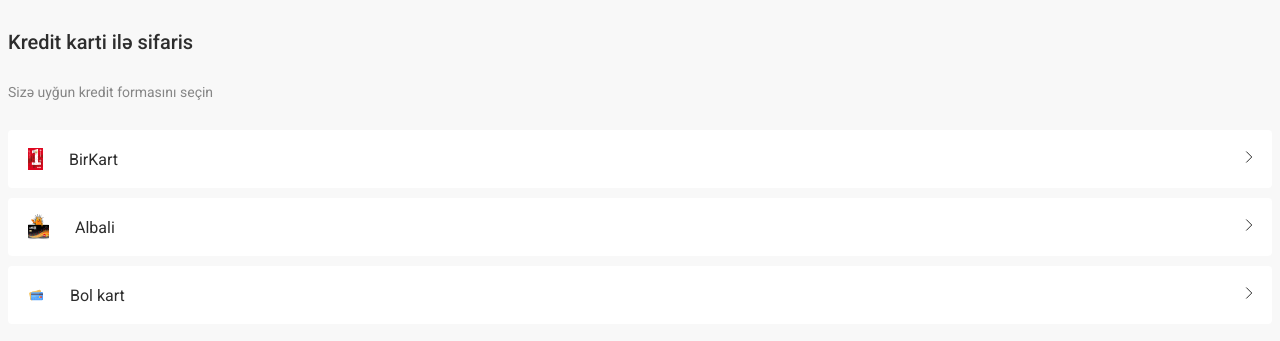
Repository: lmira7777/Carts
Page: Caravan/index.html
These files come from the project's save history. The page is drawn as it stood at one moment and after a run of saves; the edit follows.
The browser window is 1280 px wide. The pictures show the whole page.
After loading, the first visible `div.cart-item` was clicked once.

Above is the page before, as saved 2024-04-25 22:07:28.

### Caravan/index.html
<!DOCTYPE html>
<html lang="en">
  <head>
    <meta charset="UTF-8" />
    <meta name="viewport" content="width=device-width, initial-scale=1.0" />
    <title>Document</title>
    <link rel="stylesheet" href="./style.css" />
  </head>
  <body>
    <div class="carts-body">
      <div class="title">Kredit karti ilə sifaris</div>
      <div class="description">Sizə uyğun kredit formasını seçin</div>
      <div class="carts"></div>
    </div>

    <div class="cart-detail">
      <div class="header">
        <span>Kredit karti ilə sifaris</span>
        <img src="./img/close.svg" />
      </div>

      <div class="cart-info">
        <img src="./img/back.svg" />
        <img src="./img/birkart.png" />
        <span>Birkart</span>
      </div>

      <div class="description">Sizə uyğun kredit şərtini seçin</div>

      <div class="month-list">
        <div class="month-list-item">
          <input type="radio" id="3month"  name="month"/>
          <label for="3month">

            <div class="circle">
                <div class="dot"></div>
            </div>

            <strong>3 ay</strong> / ayda 300 azn</label>
        </div>

        <div class="month-list-item">
          <input type="radio" id="6month"  name="month"/>
          <label for="6month">
            <div class="circle">
                <div class="dot"></div>


            </div>

            <strong>6 ay </strong>/ ayda 200 azn</label>
        </div>
      </div>
    </div>

    <script src="./app.js"></script>
  </body>
</html>

### Caravan/style.css
@import url("https://fonts.googleapis.com/css2?family=Roboto:ital,wght@0,100;0,300;0,400;0,500;0,700;0,900;1,100;1,300;1,400;1,500;1,700;1,900&display=swap");
* {
  margin: 0;
  padding: 0;
  box-sizing: border-box;
  font-family: "Roboto", sans-serif;
}

body {
  background: #f8f8f8;
}
.carts-body {
  width: 100%;
  height: 100vh;
  display: flex;
  flex-direction: column;
  gap: 30px;
  padding: 30px 8px;
}
.title {
  color: #2d2d2d;
  font-size: 20px;
  font-weight: 500;
}
.description {
  color: #868686;
  font-size: 14px;
}
.carts {
  width: 100%;
  display: flex;
  flex-direction: column;
  gap: 10px;
  height: 600px;
  overflow-y: scroll;
}
.cart-item {
  width: 100%;

  flex-shrink: 0;

  height: 58px !important;
  display: flex;
  align-items: center;
  justify-content: space-between;
  background-color: #fff;
  border-radius: 4px;
  padding: 0 12px 0 20px;
}

.cart-item-left {
  display: flex;
  align-items: center;
  gap: 26px;
}

.cart-item-left > span {
  color: #2d2d2d;
  font-size: 16px;
}
.cart-detail {
  padding: 30px 8px;
  width: 100%;
  display: none;
  flex-direction: column;
  gap: 20px;
  position: absolute;
  top: 0;
  left: 0;
  height: 100vh;
  background: #f8f8f8;
  /* display: none; */
  animation: slideIn 0.5s forwards;
}
.header {
  width: 100%;
  display: flex;
  align-items: center;
  justify-content: space-between;
}

.cart-info {
  width: 100%;
  height: 51px;
  border-radius: 4px;
  background: #fff;
  padding: 0 15px;
  display: flex;
  align-items: center;
  gap: 10px;
}
.cart-info > img:first-of-type {
  margin-right: 10px;
}

.cart-info > span {
  color: #2d2d2d;
  font-size: 16px;
}

.cart-detail > .description {
  margin-top: 10px;
}

.month-list{
    width: 100%;
    display: flex;
    flex-direction: column;
    gap: 10px;
}
.month-list label{
    width: 100%;
    height: 51px;
    border-radius: 4px;
    background: #FFF;
    display: flex;
    align-items: center;
    padding: 0 15px;
    gap: 18px;


}
.month-list-item{
    width: 100%;
    height: 51px;
    position: relative;

}

.month-list-item input{
    display: none;



}

.dot{
    width: 14px;
    height: 14px;
    border-radius: 50%;
    background: #6DC360;
    display: none;



}
.month-list-item input:checked + label{
    background: #6DC360;
    color: #FFF;

}
.month-list-item input:checked + label >.circle{
    border: 1px solid transparent;
    background: #fff;
}
.month-list-item input:checked + label >.circle >.dot{
    display: flex;
}




.circle{
    width: 24px;
    height: 24px;
    border: 1px solid  #A4A4A4;
    border-radius: 50%;
    display: flex;
    justify-content: center;
    align-items: center;

}



@keyframes slideIn {
  0% {
    transform: translateX(-100%);
  }
  100% {
    transform: translateX(0);
  }
}

### Caravan/img/close.svg
<svg xmlns="http://www.w3.org/2000/svg" width="23" height="23" viewBox="0 0 23 23" fill="none">
<path d="M18.8931 4.10547L4.10742 18.8912" stroke="#2D2D2D" stroke-width="1.3" stroke-linecap="round" stroke-linejoin="round"/>
<path d="M4.10686 4.10547L18.8926 18.8912" stroke="#2D2D2D" stroke-width="1.3" stroke-linecap="round" stroke-linejoin="round"/>
</svg>

### Caravan/img/back.svg
<svg xmlns="http://www.w3.org/2000/svg" width="22" height="22" viewBox="0 0 22 22" fill="none">
<path d="M13.75 16.5L8.25 11L13.75 5.5" stroke="#2D2D2D"/>
</svg>

### Caravan/app.js
var carts = document.querySelector(".carts");
var cartDetail = document.querySelector(".cart-detail");
var cart = [
  {
    cartImg: "./img/birkart.png",
    cartName: "BirKart",
  },
  {
    cartImg: "./img/albali.png",
    cartName: "Albali",
  },
  {
    cartImg: "",
    cartName: "Bol kart",
  },
];

let noImgUrl = "./img/noImg.png";

cart.forEach((cartElement,index) => {
  carts.innerHTML += `
    <div class="cart-item" onClick="showCartDetails(${index})">
      <div class="cart-item-left">
        <img src="${cartElement.cartImg ? cartElement.cartImg : noImgUrl}" />
        <span>${cartElement.cartName}</span>
      </div>
      <div class="cart-item-right">
        <img src="./img/arrow.svg"/>
      </div>
    </div>
    `;

});




function showCartDetails(index){


}

### Caravan/img/arrow.svg
<svg xmlns="http://www.w3.org/2000/svg" width="22" height="22" viewBox="0 0 22 22" fill="none">
<path d="M8.25 5.5L13.75 11L8.25 16.5" stroke="#2D2D2D"/>
</svg>

After the next 2 saves:
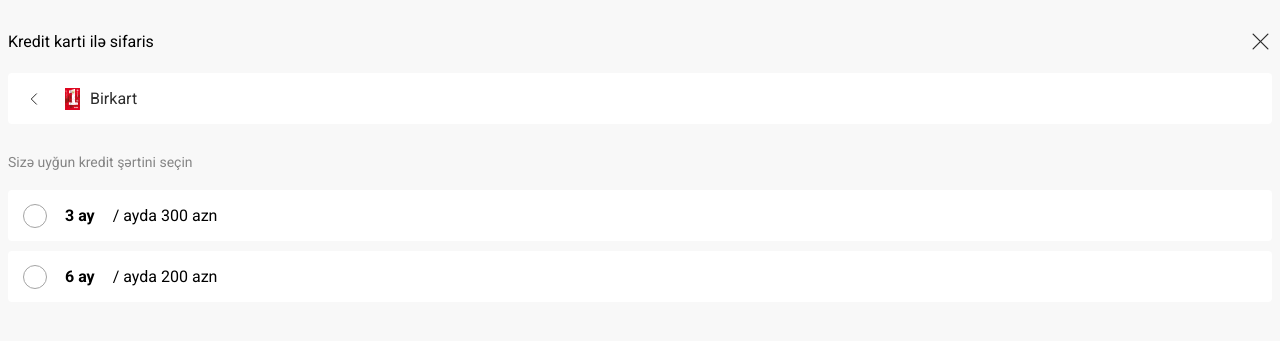
The 2 saves are shown as one change because they came seconds apart.
The last was saved 17 s later.
--- a/Caravan/app.js
+++ b/Caravan/app.js
@@ -36,6 +36,7 @@
 
 
 function showCartDetails(index){
+    cartDetail.style.display="flex"
 
 
 }
